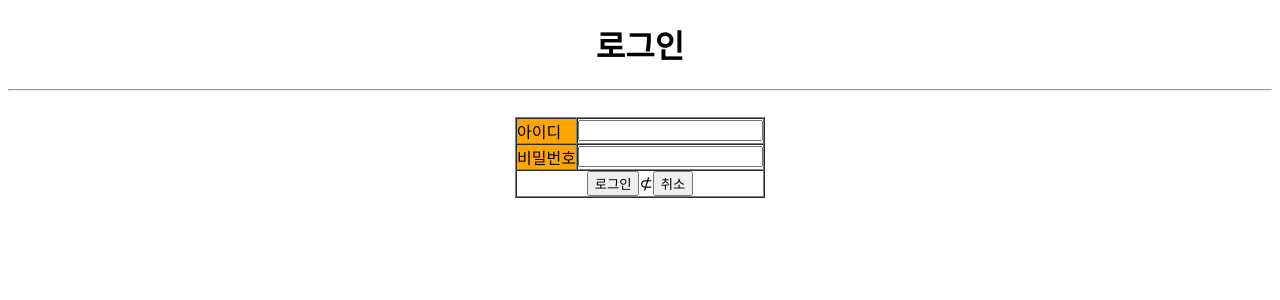
Repository: teeeeeeemo/workspace_spring
Page: http://localhost/BoardWeb/login.jsp
These files come from the project's save history. The page is drawn as it stood at one moment and after a run of saves; the edit follows.
The browser window is 1280 px wide. The pictures show the whole page.
The page is served by Tomcat 9.

Above is the page before, as saved 2017-01-19 13:17:45.

After the next 2 saves:
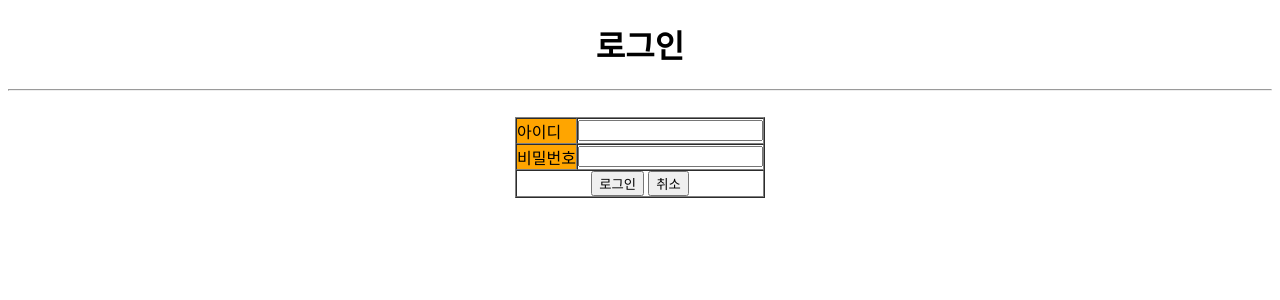
The 2 saves are shown as one change because they came seconds apart.
The last was saved 25 s later.
--- a/BoardWeb/src/main/webapp/login.jsp
+++ b/BoardWeb/src/main/webapp/login.jsp
@@ -19,7 +19,7 @@
 		<td bgcolor="orange">비밀번호</td><td><input type="password" name="passowrd"></td>
 	</tr>
 	<tr>
-		<td colspan="2" align="center"><input type="submit" value="로그인"/>&nsub;<input type="reset" value="취소"/></td>
+		<td colspan="2" align="center"><input type="submit" value="로그인"/>&nbsp;<input type="reset" value="취소"/></td>
 	</tr>
 </table>
 </form>
